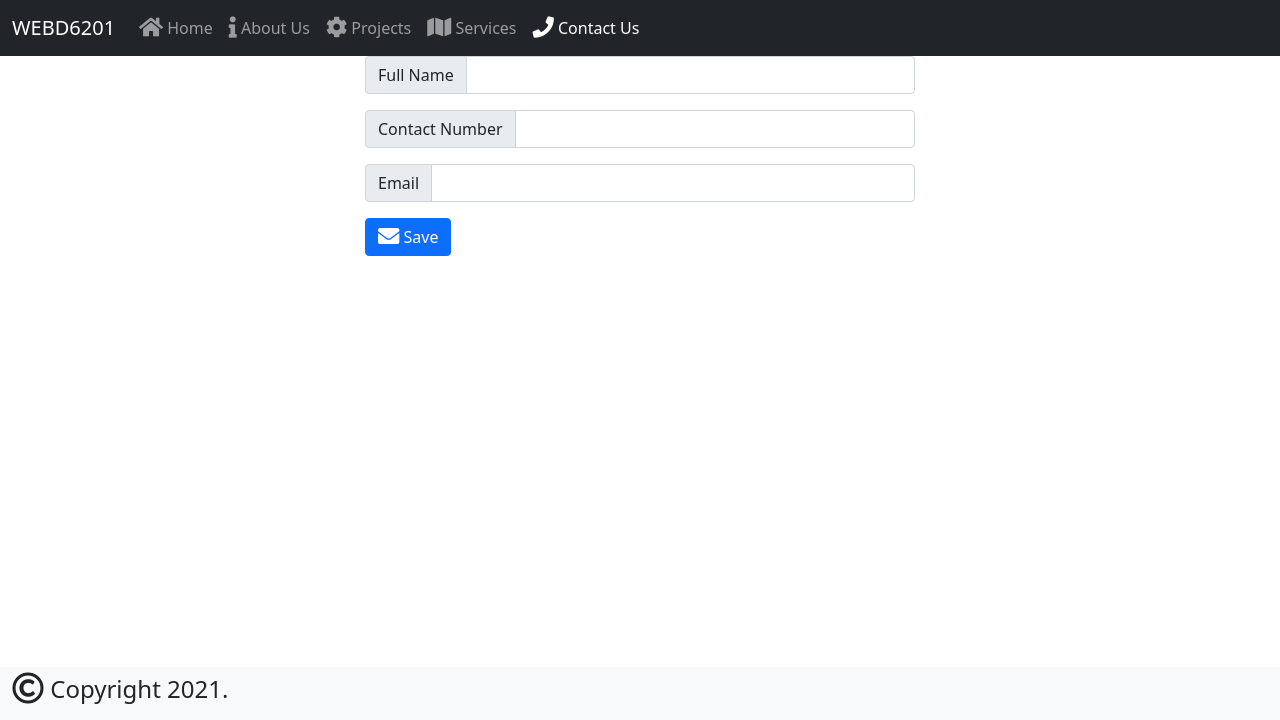
Repository: MuzhdaEhsan/WEBD6201-W2021-Lab1
Page: user.html
The author's editor kept a copy of each file at every save. The page is drawn from the files as they stood at one save, then again after the next save.
The browser window is 1280 px wide. The pictures show the whole page.

Above is the page before, as saved 2021-02-05 23:52:10.

### user.html
<!DOCTYPE html>
<html lang="en">
<head>
    <meta charset="UTF-8">
    <meta name="viewport" content="width=device-width, initial-scale=1.0">

    <!-- CSS Section -->
    <link rel="stylesheet" href="./node_modules/bootstrap/dist/css/bootstrap.min.css">
    <link rel="stylesheet" href="./node_modules/@fortawesome/fontawesome-free/css/all.min.css">
    <link rel="stylesheet" href="./Content/app.css">
</head>
<body>
    <!-- Main Header -->
    <header>
        <!-- Main Navigation -->
        <nav class="navbar navbar-expand-lg navbar-dark bg-dark">
            <div class="container-fluid">
              <a class="navbar-brand" href="index.html">WEBD6201</a>
              <button class="navbar-toggler" type="button" data-bs-toggle="collapse" data-bs-target="#navbarSupportedContent" aria-controls="navbarSupportedContent" aria-expanded="false" aria-label="Toggle navigation">
                <span class="navbar-toggler-icon"></span>
              </button>
              <div class="collapse navbar-collapse" id="navbarSupportedContent">
                <ul class="navbar-nav me-auto mb-2 mb-lg-0">
                  <li class="nav-item">
                    <a class="nav-link" aria-current="page" href="index.html"><i class="fas fa-home fa-lg"></i> Home</a>
                  </li>

                  <li class="nav-item">
                    <a class="nav-link" aria-current="page" href="about.html"><i class="fas fa-info fa-lg"></i> About Us</a>
                  </li>

                  <li class="nav-item">
                    <a class="nav-link" aria-current="page" href="projects.html"><i class="fas fa-cog fa-lg"></i> Projects</a>
                  </li>

                  <li class="nav-item">
                    <a class="nav-link" aria-current="page" href="services.html"><i class="fas fa-map fa-lg"></i> Services</a>
                  </li>

                  <li class="nav-item">
                    <a class="nav-link active" aria-current="page" href="contact.html"><i class="fas fa-phone fa-lg"></i> Contact Us</a>
                  </li>
                </ul>
              </div>
            </div>
          </nav>
    </header>

    <!-- Main Content -->
    <main class="container">

        <div id="messageArea"></div>

        <div class="row justify-content-lg-center g-3">
          <form class="col-lg-6 col-md-10 col-sm-10">

            <div class="input-group mb-3">
              <span class="input-group-text" id="inputGroup-sizing-default">Full Name </span>
              <input id="fullName" type="text" class="form-control" aria-label="Full Name" aria-describedby="Full Name Input"
              name="fullName" required>
            </div>

            <div class="input-group mb-3">
              <span class="input-group-text" id="inputGroup-sizing-default">Contact Number</span>
              <input id="contactNumber" type="tel" class="form-control" aria-label="Contact Number" aria-describedby="Contact Number Input"
              name="contactNumber" required>
            </div>

            <div class="input-group mb-3">
              <span class="input-group-text" id="inputGroup-sizing-default">Email</span>
              <input id="emailAddress" type="email" class="form-control" aria-label="Email Address" aria-describedby="Email Address Input"
              name="emailAddress" required>
            </div>

            <button id="saveButton" type="submit" class="btn btn-primary"><i class="fas fa-envelope fa-lg"></i> Save</button>

          </form>




        </div>
    </main>

    <!-- Main Footer -->
    <footer>
        <nav class="navbar fixed-bottom navbar-light bg-light">
            <div class="container-fluid">
              <h4><i class="far fa-copyright fa-lg"></i> Copyright 2021.</h4>
            </div>
          </nav>
    </footer>

    <!-- Script Section-->
    <script src="./node_modules/jquery/dist/jquery.min.js"></script>
    <script src="./node_modules/bootstrap/dist/js/bootstrap.bundle.min.js"></script>
    <script src="./Scripts/contact.js"></script>
    <script src="./Scripts/app.js"></script>
</body>
</html>

### Scripts/contact.js

"use strict";
// contact class
class Contact
{
  // getters and Setters for private variables
  get FullName()
  {
    return this.m_fullName;
  }
  set FullName(value)
  {
    this.m_fullName = value;
  }
  get ContactNumber()
  {
    return this.m_contactNumber;
  }
  set ContactNumber(value)
  {
    this.m_contactNumber = value;
  }
  get EmailAddress()
  {
    return this.m_emailAddress;
  }
  set EmailAddress(value)
  {
    this.m_emailAddress = value;
  }

  // constructor
  /**
   *
   * @param {string} fullName
   * @param {string} contactNumber
   * @param {string} emailAddress
   */
  constructor(fullName = "", contactNumber = "", emailAddress = "")
  {
    this.FullName = fullName;
    this.ContactNumber = contactNumber;
    this.EmailAddress = emailAddress;
  }
  /**
   * this method override the built-in toString for the Contact class
   * @returns {string}
   */
  toString()
  {
    return `Full Name:     ${this.m_fullName}\nContact Number: ${this.m_contactNumber}\nEmail Address: ${this.m_emailAddress}`;
  }

  /**
   * this method returns a json object
   */
  toJSON()
  {
    return{
      "fullName": this.FullName,
      "contactNumber": this.ContactNumber,
      "emailAddress": this.EmailAddress
    }
  }

  /**
   * this method converts the contact into a comma separated value string
   * @params {string}
   */
  serialize()
  {

    if (this.fullName !== "" && this.ContactNumber !== "" && this.EmailAddress !== "")
    {
      return `${this.FullName},${this.ContactNumber},${this.EmailAddress}`;
    }

    else
    {
      console.error("One or more properties are empty!");
      return null;
    }

  }
/**
 * this method takes the comma separated data string and assigns the values to the contact class properties
 * @param {string} data
 * @return {void}
 */
  deserialize(data)
  {
      let propertyArray = data.split(",");
      this.FullName = propertyArray[0];
      this.ContactNumber = propertyArray[1];
      this.EmailAddress = propertyArray[2];
  }
}

### Scripts/app.js
/*
@author: Muzhda Ehsan
@date: 27-Jan-2021
*/
/* custom JavaScript goes here */

//IIFE - Immediately Invoked Function Expression
//AKA - Anonymous Self-Executing Function
//Closure - limits scope leak

"use strict";

let myContact =
{
  "firstName":"Muzhda",
  "contactNumber":"234234",
  "emailAddress":"muzhda@gmail.com",
  "saysHello":function()
  {
    console.log(`${fullName} says Hello`);
  },
  "someOtherObject": {
    "friendsList": [
      "Peter Parker", "Tony Stark", "Stephen Strange"
    ]
  }
};


(function()
{




    function displayHome()
    {
      let imageSize = "1500px 7000px";
      let imageUrl2 = `url('./grayImage.png')`;
      //document.body.style.backgroundImage = "url('./download.jpg')";
      let bodyImage = document.body.style;
      bodyImage.backgroundSize = imageSize;
      bodyImage.backgroundImage = imageUrl2;



        //let paragraphOneText =
         // "This is a simple site to demonstrate DOM Manipulation for ICE 1";

        //let paragraphOneElement = document.getElementById("paragraphOne");

        //paragraphOneElement.textContent = paragraphOneText;
        //paragraphOneElement.className = "fs-5";

        // Step 1. document.createElement
        let newParagraph = document.createElement("p");
        // Step 2. configure the element
        //newParagraph.setAttribute("id", "paragraphTwo");
        //newParagraph.textContent = "...And this is paragraph two";
        // Step 3. select the parent element
        let mainContent = document.getElementsByTagName("main")[0];
        // Step 4. Add / Insert the element
         mainContent.appendChild(newParagraph);

         let navItem = document.createElement("li");
         navItem.className = "nav-item";
         navItem.textContent = `<a class="nav-link" aria-current="page" href="HumanResource.html"><i class="fas fa-tags"></i> Human Resource</a>`;


        //newParagraph.className = "fs-6";

        // another way of injecting content
        //let paragraphDiv = document.createElement("div");
        //let paragraphThree = `<p id="paragraphThree" class="fs-7 fw-bold">And this is the Third Paragraph</p>`;
        //paragraphDiv.innerHTML = paragraphThree;

        // insertions

        // example of inserting before a node
        //newParagraph.before(paragraphDiv);

        // example of inserting after a node
        //newParagraph.after(paragraphDiv);


        // add image
        //let image = document.createElement("div");
        //let imageUrl = `<img src="./download.jpg" alt="Girl in a jacket" width="500" height="600">`;
        //image.innerHTML = imageUrl
        //newParagraph.before(image);

        // paragraph details
        let paragraphMain = document.createElement("div");
        let paragraphIndex = `<p id="mainParagraph" class="fs-7 fw-bold">I am a student at Durham College in Computer Programming Analyst program.
        I have a background of software developer in a company with senior developers.
        I have gained various experiences and I have my own ideas and views. I will try my best to work independently
        or to have my own company. I like the atmosphere of startups and entrepreneurship and I try not to be unaware of it</p>`;
        paragraphMain.innerHTML = paragraphIndex;

        newParagraph.before(paragraphMain);


        // deletions

        // example of removing a single element
        //paragraphOneElement.remove();

        // example of removeChild
        //mainContent.removeChild(paragraphOneElement);

        // update / modification
        //mainContent.firstElementChild.textContent = "Welcome Home!";

        //mainContent.innerHTML = `<h1 id="firstHeading">Welcome to WEBD6201 - Lab 2</h1>`;


    }

    function displayAbout()
    {

    }

    function displayProjects()
    {
      let newParagraph = document.createElement("p");

      // Step 3. select the parent element
      let mainContent = document.getElementsByTagName("main")[0];
      // Step 4. Add / Insert the element
       mainContent.appendChild(newParagraph);
      // add image
       let image = document.createElement("div");
       let imageUrl = `<img src="./thirdpic.PNG" alt="" width="300" height="300">`;
       image.innerHTML = imageUrl
       newParagraph.before(image);

       let paragraphMain = document.createElement("div");
       let paragraphIndex = `<p id="mainParagraph" class="fs-7 fw-bold">Tesla, Inc., is an American electric vehicle and clean energy company
        based in Palo Alto, California. This website was designed to show provide some information about Tesla.</p>`;
        paragraphMain.innerHTML = paragraphIndex;

        newParagraph.before(paragraphMain);

        // add image
       //let image2 = document.createElement("div");
       //let imageUrl2 = `<img src="./Untitled.png" alt="" width="300" height="300">`;

       //image.innerHTML = imageUrl2
       //newParagraph.after(image2);



    }

    function displayServices()
    {

    }

    function displayContact()
    {
        let messageArea = document.getElementById("messageArea");
        messageArea.hidden = true;

        // form validation
        let fullName = document.getElementById("fullName");
        fullName.addEventListener("blur", function() {
            if(fullName.value.length < 2)
            {
                fullName.focus();
                fullName.select();
                messageArea.hidden = false;
                messageArea.className = "alert alert-danger";
                messageArea.textContent = "Please enter an appropriate Name";
            }
            else
            {
                messageArea.removeAttribute("class");
                messageArea.hidden = true;
            }
        });

        let saveButton = document.getElementById("saveButton");
        saveButton.addEventListener("click", function(event){
           // event.preventDefault();

            let contact = new Contact(fullName.value, contactNumber.value, emailAddress.value);

            if(contact.serialize())
            {
              localStorage.setItem((localStorage.length + 1).toString(), contact.serialize());

            }

            //console.log(contact.toString());
            //console.log(contact.serialize());
        });
    }

    function displayContactList()
    {
      if (localStorage.length > 0)
      {
        let contactList = document.getElementById("contactList");

        let data = "";

        for (let index = 0; index < localStorage.length; index++)
        {
          let contactData = localStorage.getItem((index + 1).toString());

          console.log(contactData);
          let contact = new Contact();
          contact.deserialize(contactData);

          data += `<tr>
          <th scope="row">${index + 1}</th>
          <td>${contact.FullName}</td>
          <td>${contact.ContactNumber}</td>
          <td>${contact.EmailAddress}</td>
        </tr>`;
        }

        contactList.innerHTML = data;
      }


    }

    function Start()
    {
        console.log("App Started...");

        switch (document.title)
        {
          case "Home":
              displayHome();
            break;
          case "About":
              displayAbout();
            break;
          case "Projects":
              displayProjects();
            break;
          case "Services":
              displayServices();
            break;
          case "Contact":
              displayContact();
            break;
            case "Contact-List":
              displayContactList();
            break;
        }

    }

    window.addEventListener("load", Start);

})();

Loaded but not shown: node_modules/bootstrap/dist/css/bootstrap.min.css (library); node_modules/@fortawesome/fontawesome-free/css/all.min.css (library); Content/app.css (common file); node_modules/jquery/dist/jquery.min.js (library); node_modules/bootstrap/dist/js/bootstrap.bundle.min.js (library)

After the next save:
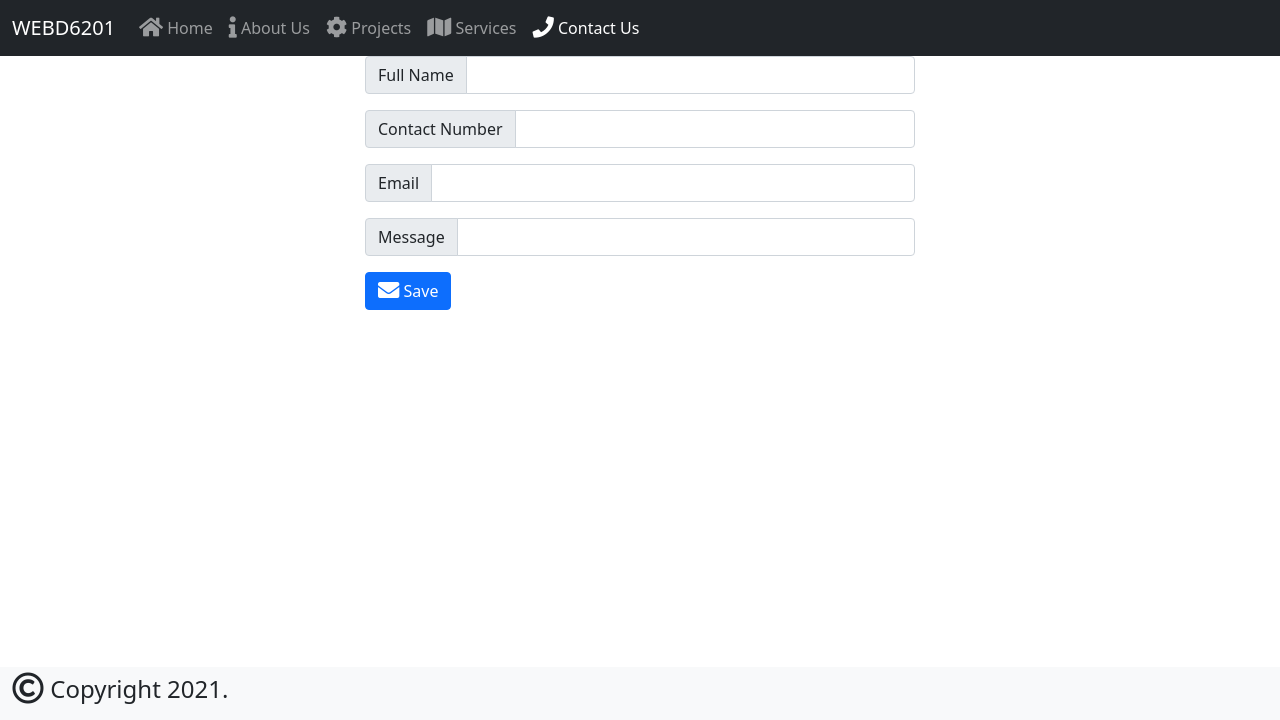
Saved 54 s later.
--- a/user.html
+++ b/user.html
@@ -72,6 +72,12 @@
               name="emailAddress" required>
             </div>
 
+            <div class="input-group mb-3">
+                <span class="input-group-text" id="inputGroup-sizing-default">Message</span>
+                <input id="shortMessage" type="email" class="form-control" aria-label="Email Address" aria-describedby="Email Address Input"
+                name="emailAddress" required>
+              </div>
+
             <button id="saveButton" type="submit" class="btn btn-primary"><i class="fas fa-envelope fa-lg"></i> Save</button>
 
           </form>
